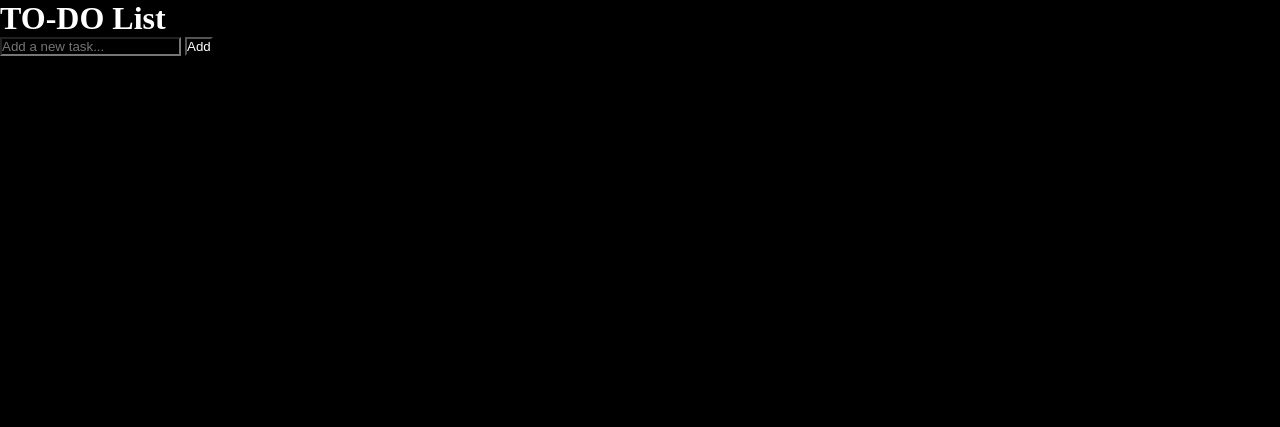
Repository: ksusmitha879-cyber/todo-list
Page: index.html
These files come from the project's save history. The page is drawn as it stood at one moment and after the next save; the edit follows.
The browser window is 1280 px wide. The pictures show the whole page.

Above is the page before, as saved 2025-11-28 02:24:02.

After the next save:
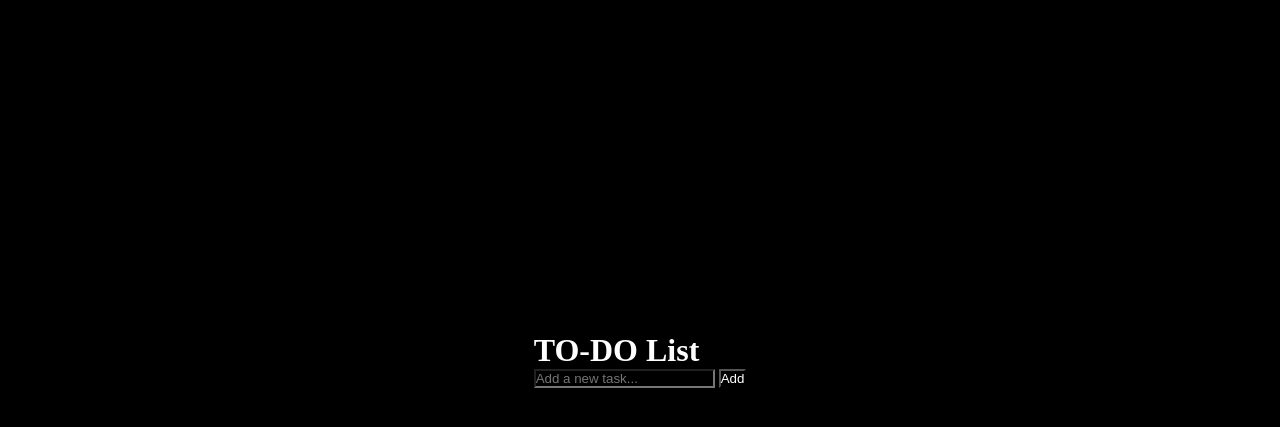
Saved 4 s later.
--- a/style.css
+++ b/style.css
@@ -8,5 +8,5 @@
 html, body{
     height: 100%;
     display: grid;
-    plac
+    place-items: center;
 }
